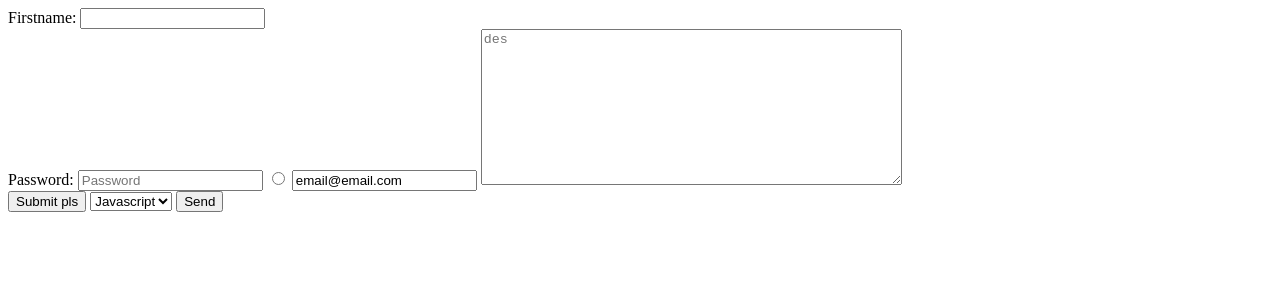
Repository: Tranghii/HTML-CSS
Page: HTML&CSS/form.html
These files come from the project's save history. The page is drawn as it stood at one moment and after the next save; the edit follows.
The browser window is 1280 px wide. The pictures show the whole page.

Above is the page before, as saved 2025-10-11 20:01:31.

After the next save:
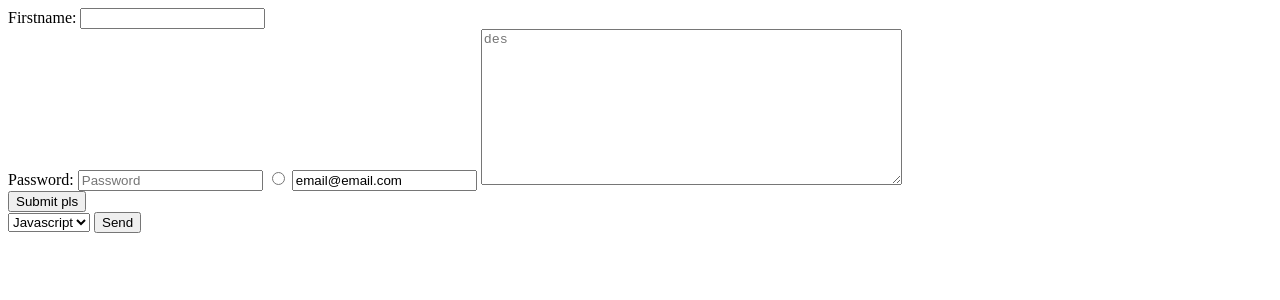
Saved 5 s later.
--- a/HTML&CSS/form.html
+++ b/HTML&CSS/form.html
@@ -16,7 +16,7 @@
 
         <input type="email" name="email" id="email" value="email@email.com" placeholder="email">
         <textarea name="des" id="des" placeholder="des" cols="50" rows="10"></textarea>
-    <br><input type="submit" value="Submit pls" >
+    <br><input type="submit" value="Submit pls" ><br>
     <select name="languages" id="">
         <option value="js">Javascript</option>
         <option value="java">Java</option>
